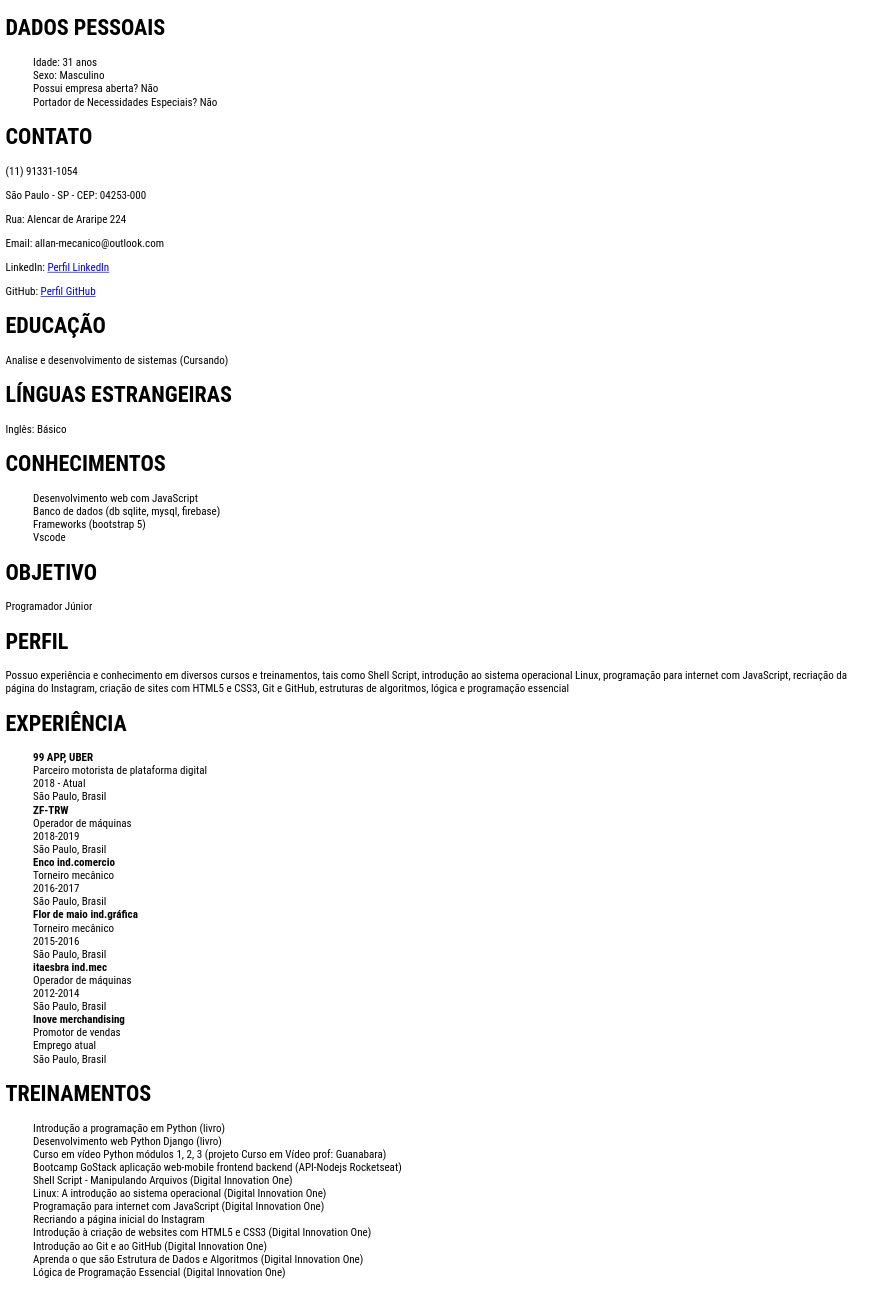
Repository: alfredo-allan/Portfolio
Page: curriculo.html
These files come from the project's save history. The page is drawn as it stood at one moment and after a run of saves; the edit follows.
The browser window is 1280 px wide. The pictures show the whole page, at 69% of full size.

Above is the page before, as saved 2024-03-20 14:48:29.

After the next 2 saves:
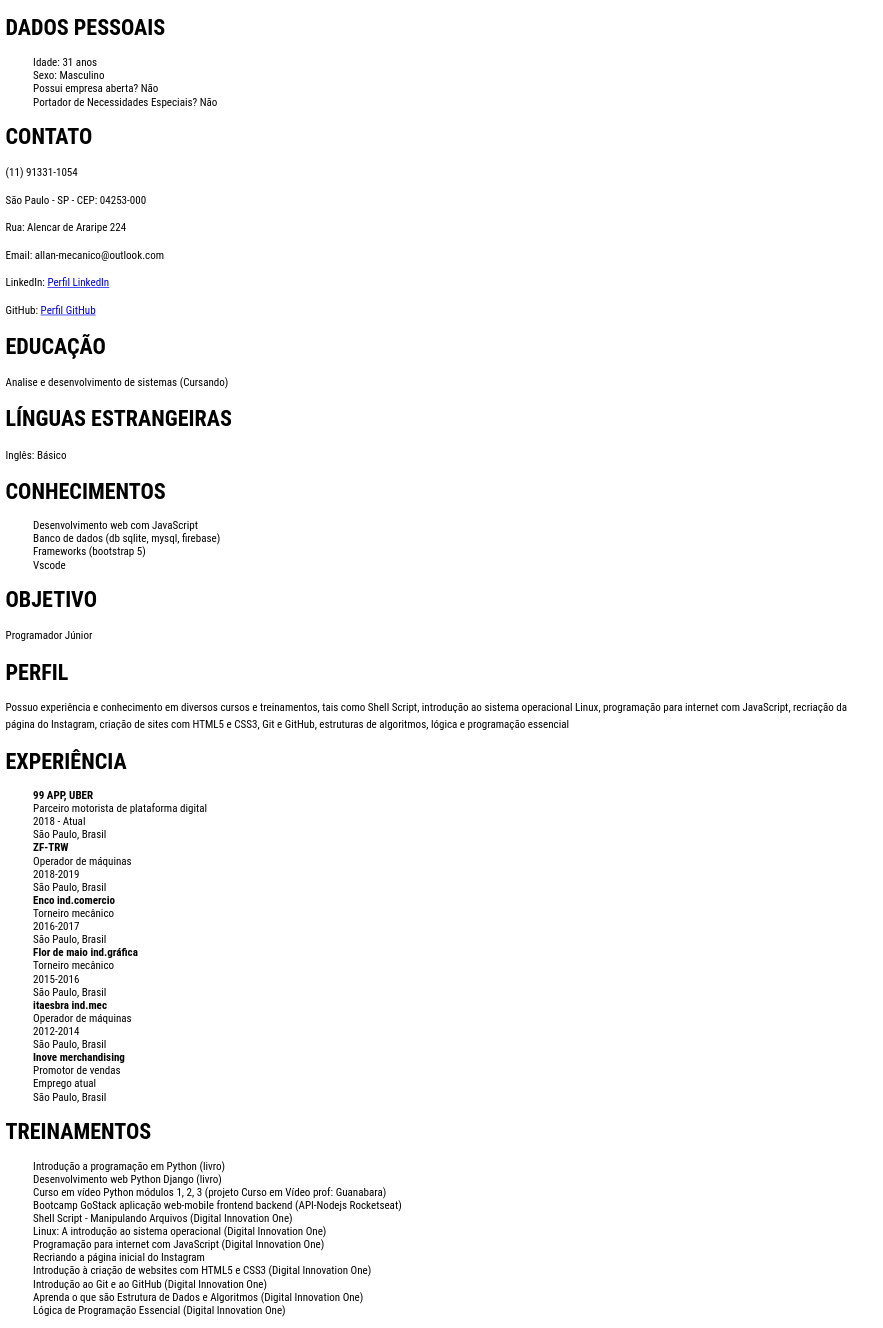
The 2 saves are shown as one change because they came seconds apart.
The last was saved 59 s later.
--- a/src/assets/styles/curriculo.css
+++ b/src/assets/styles/curriculo.css
@@ -10,3 +10,8 @@ body {
 li {
 	list-style: none;
 }
+
+p {
+	font-size: 16px;
+	line-height: 1.5;
+}
